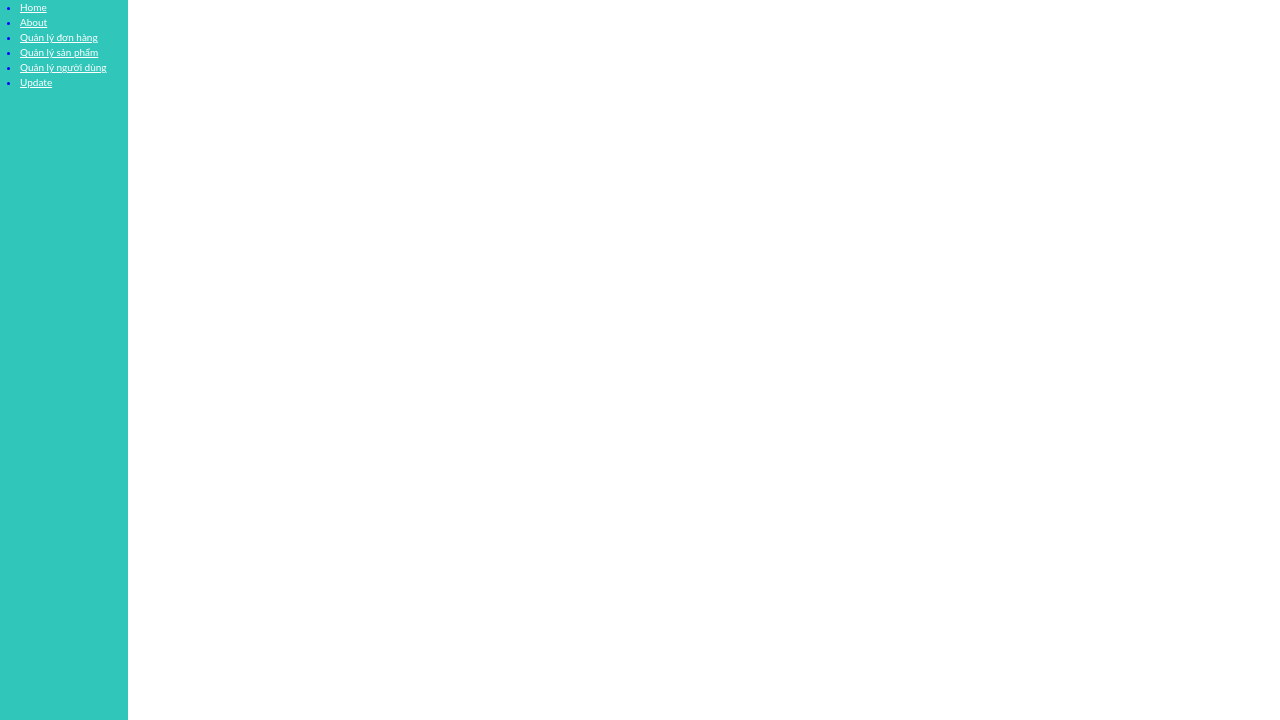
Repository: Hothidani/React
Page: /User (app in exa/my-react-router-A/)
An editor plug-in stored every save of this project. The page is shown before and after the next save, followed by the edit.
The browser window is 1280 px wide. The pictures show the whole page.
The page's requests for data from a server got no answer. The project was rebuilt for these pictures with package versions that can differ from the ones it lists, and the page was loaded fresh each time. No one was signed in, and anything a server would have sent is missing. Also part of the build but not shown: exa/my-react-router-A/src/component/Navigation.js, exa/my-react-router-A/src/component/Home.js, exa/my-react-router-A/src/component/About.js, exa/my-react-router-A/src/component/Service.js, exa/my-react-router-A/src/component/Contact.js, exa/my-react-router-A/src/component/AllProduct.js, exa/my-react-router-A/src/component/Add.js, exa/my-react-router-A/src/QLOrder.css and 1 more.

Above is the page before, as saved 2021-05-11 16:45:06.

After the next save:
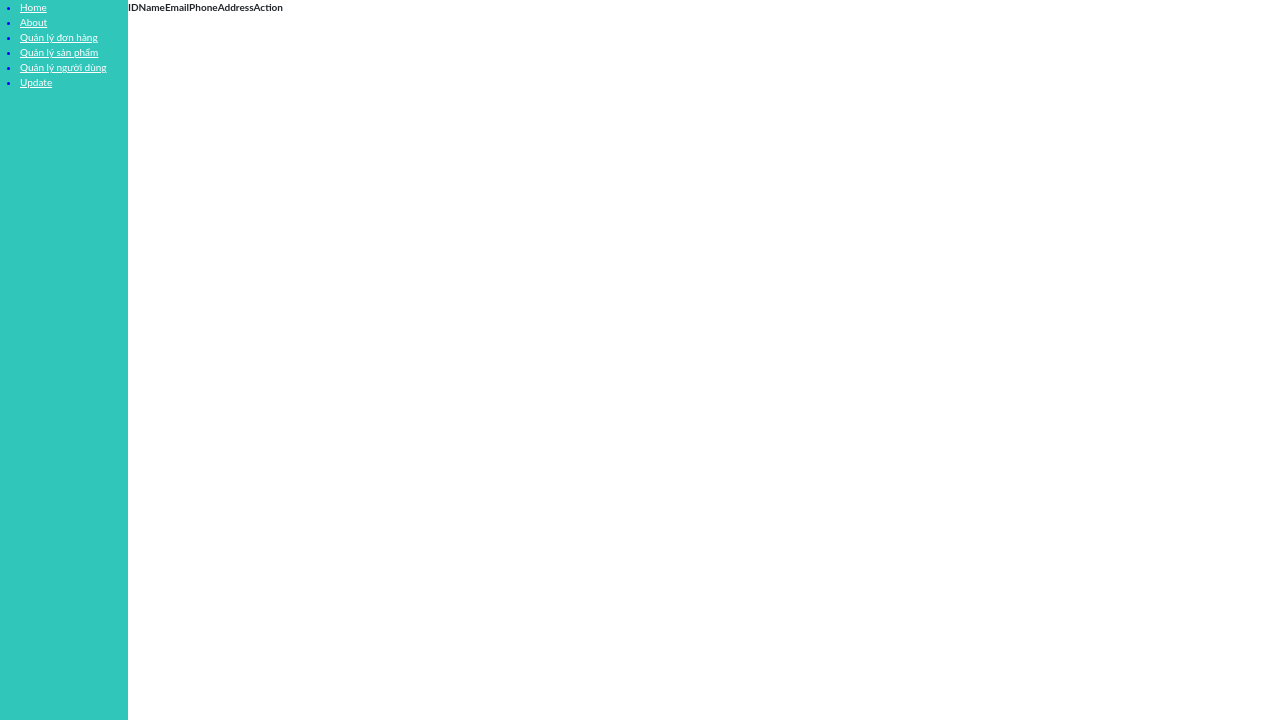
Saved 5 min 40 s later.
--- a/exa/my-react-router-A/src/component/QLuser.js
+++ b/exa/my-react-router-A/src/component/QLuser.js
@@ -41,12 +41,6 @@ class User extends Component {
             <React.Fragment>
                 <div>
 
-
-
-                    {this.state.users.map(element => {
-                        return (
-
-                            <div>
                                 <table>
                                 <tr>
                                     <th>ID</th>
@@ -54,27 +48,25 @@ class User extends Component {
                                     <th>Email</th>
                                     <th>Phone</th>
                                     <th>Address</th>
+                                    <th>Action</th>
                                 </tr>
+                                {this.state.users.map(element => {
+                        return (
+
                                 <tr>
-                                    <td>Alfreds Futterkiste</td>
-                                    <td>Maria Anders</td>
-                                    <td>Germany</td>
-                                    <td>Alfreds Futterkiste</td>
-                                    <td>Maria Anders</td>
+                                    <td>{element.id}</td>
+                                    <td>{element.user_name}</td>
+                                    <td>{element.email}</td>
+                                    <td>{element.phone}</td>
+                                    <td>{element.address}</td>
+                                    <td>
+                                        <button type="button"   className="btn btn-success">Block</button>
+                                        <button type="button"   className="btn btn-success">Block</button>
+                                    </td>
                                 </tr>
-                                </table>
-                                <p>{element.id}</p>
-                                <p>{element.user_name}</p>
-                                <p>{element.email}</p>
-                                <p>{element.phone}</p>
-                                <p>{element.address}</p>
-                                <img src={element.user_avatar} alt="" height="300" width="500" />
-                                <div>
-                                    <button type="button"   className="btn btn-success">Block</button>
-                                </div>
-                            </div>
-                        );
-                    })}
+
+                                   );})}
+                                 </table>
                 </div>
             </React.Fragment>
         );
